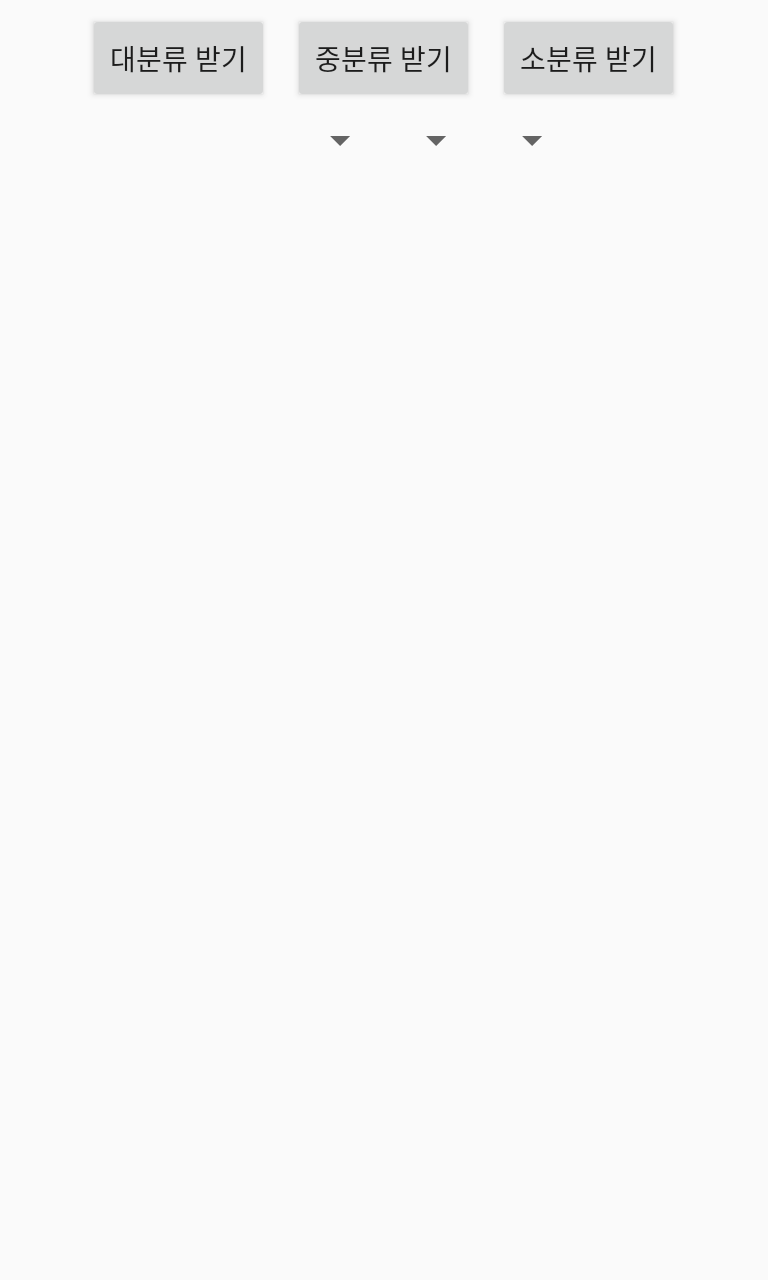
Repository: Jeonilju/rap
Layout: Android/RAP/res/layout/activity_iap_sample.xml
These files come from the project's save history. The layout is drawn as it stood at one moment and after the next save; the edit follows.
It is drawn on a 768 x 1280 px phone screen (xhdpi) without system bars, with theme AppTheme; the app's code is not run.

Above is the layout before, as saved 2015-07-12 02:48:39.

After the next save:
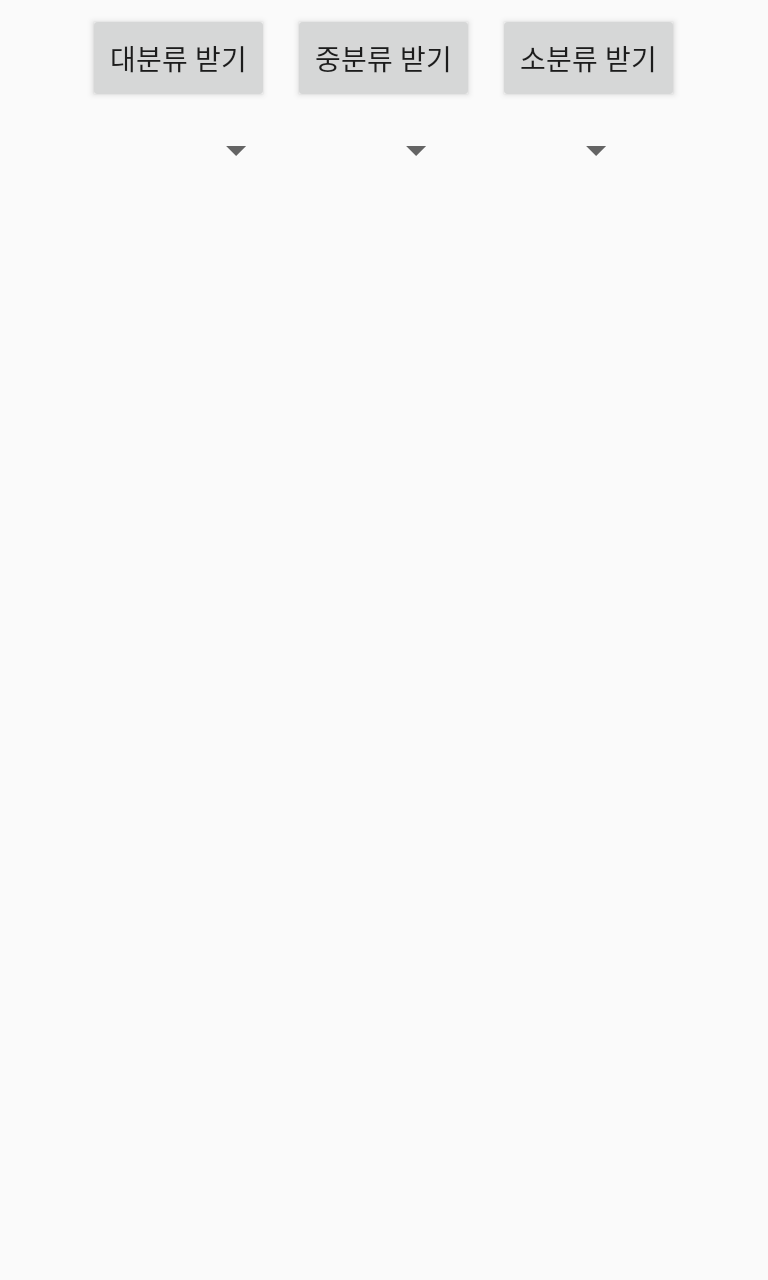
Saved 22 s later.
--- a/Android/RAP/res/layout/activity_iap_sample.xml
+++ b/Android/RAP/res/layout/activity_iap_sample.xml
@@ -39,18 +39,21 @@
 
         <Spinner
             android:id="@+id/iap_sp1"
-            android:layout_width="100dp"
-            android:layout_height="wrap_content"/>
+            android:layout_width="80dp"
+            android:layout_height="wrap_content"
+            android:layout_margin="5dp"/>
 
         <Spinner
             android:id="@+id/iap_sp2"
-            android:layout_width="wrap_content"
-            android:layout_height="wrap_content"/>
+            android:layout_width="80dp"
+            android:layout_height="wrap_content"
+            android:layout_margin="5dp"/>
 
         <Spinner
             android:id="@+id/iap_sp3"
-            android:layout_width="wrap_content"
-            android:layout_height="wrap_content"/>
+            android:layout_width="80dp"
+            android:layout_height="wrap_content"
+            android:layout_margin="5dp"/>
 
 	</LinearLayout>
 
